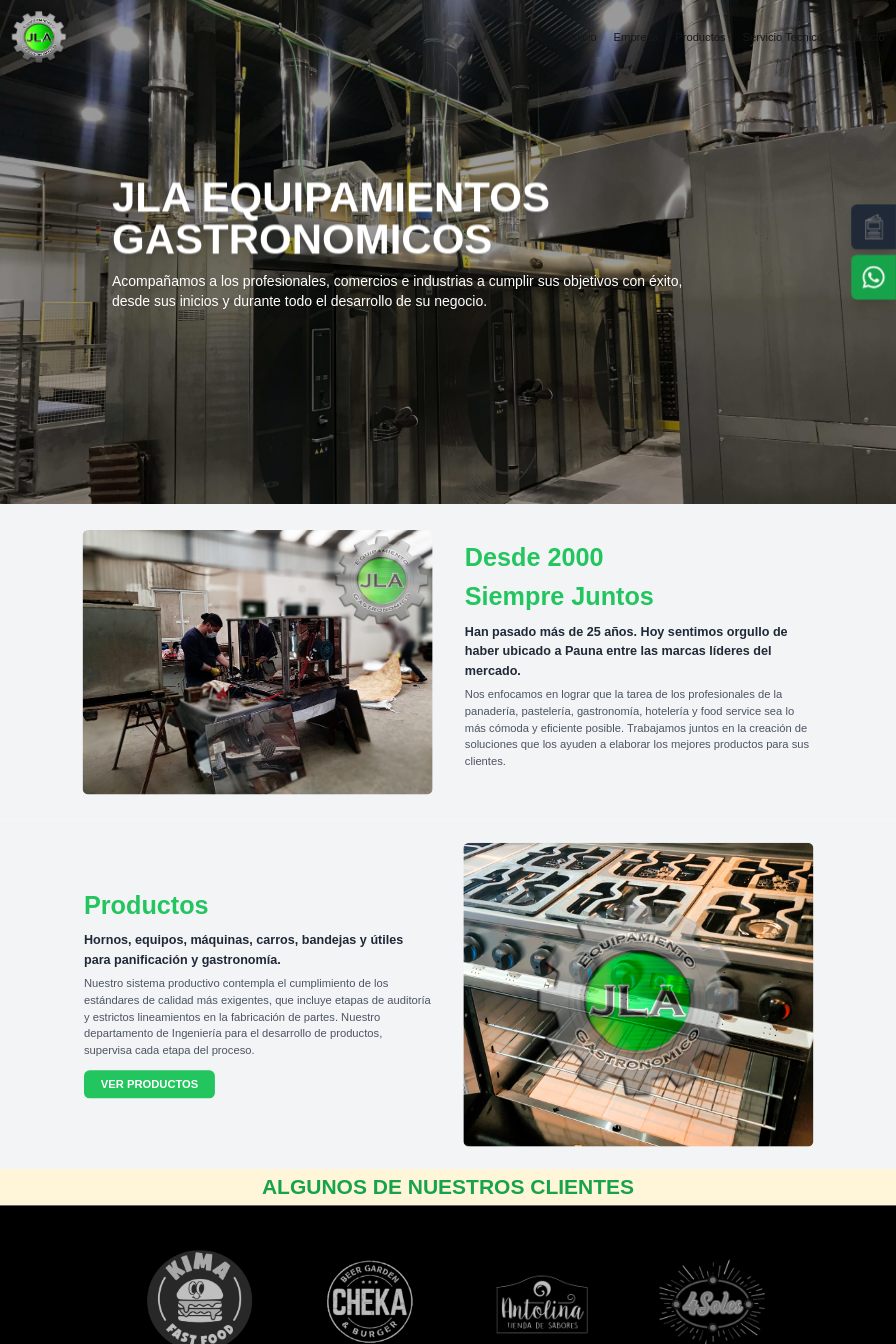
Repository: francoluca35/web-site-jla
Page: /
These files come from the project's save history. The page is drawn as it stood at one moment and after the next save; the edit follows.
The browser window is 1280 px wide. The pictures show the part of the page from y = 0 to 1920 px (the page is 3717 px tall), at 70% of full size.
The project was rebuilt for these pictures with package versions that can differ from the ones it lists, and the page was loaded fresh each time. The framework's server and built-in components were replaced by stand-ins that run in the browser. Also part of the build but not shown: next.config.js, next.config.mjs.

Above is the page before, as saved 2025-03-06 22:12:21.

### app/layout.jsx
import { Geist, Geist_Mono } from "next/font/google";
import '@fortawesome/fontawesome-free/css/all.min.css';
import '../globals.css';
const geistSans = Geist({
  variable: "--font-geist-sans",
  subsets: ["latin"],
});

const geistMono = Geist_Mono({
  variable: "--font-geist-mono",
  subsets: ["latin"],
});

export const metadata = {
  title: "Create Next App",
  description: "Generated by create next app",
};

export default function RootLayout({ children }) {
  return (
    <html lang="en">
      <body
        className={`${geistSans.variable} ${geistMono.variable} antialiased`}
      >
        {children}
      </body>
    </html>
  );
}

### app/page.js
import Image from "next/image";
import Navbar from "./pages/navbar";

import FloatBars from "./components/FloatBars";
import Inicio from "./pages/home";
import Nosotros from "./pages/history";
import Producto from "./pages/productos";
import Stecnico from "./pages/Stecnico";
import Clientes from "./pages/Clientes";
import Contacto from "./pages/Contacto";
import Footer from "./pages/Footer";

export default function Home() {
  return (
    <div >
    <Navbar />
    <Inicio />
    <Nosotros />
    <Producto />
    <Clientes />
    <Stecnico />
    <Contacto />

    <FloatBars/>
    <Footer />
    </div>
  );
}

### globals.css
@tailwind base;
@tailwind components;
@tailwind utilities;

:root {
  --background: #ffffff;
  --foreground: #171717;
}

@media (prefers-color-scheme: dark) {
  :root {
    --background: #ffffff;
    --foreground: #ededed;
  }
}

body {
  color: var(--foreground);
  background: var(--background);
  font-family: Arial, Helvetica, sans-serif;
}
.main-content {
  color: #fff;
  position: absolute;
  top: 50%;
  left: 50%;
  transform: translate(-50%, -50%);
  width: 75%;
}

### app/pages/navbar/index.js
'use client';
import React, { useState, useEffect } from 'react';
import Image from 'next/image';
import imgnav from '@/assets/Logo-pagina.png';

function Navbar() {
  const [menuOpen, setMenuOpen] = useState(false);
  const [scrolled, setScrolled] = useState(false);

  const toggleMenu = () => {
    setMenuOpen(!menuOpen);
  };

  useEffect(() => {
    const handleScroll = () => {
      if (window.scrollY > 50) {
        setScrolled(true);
      } else {
        setScrolled(false);
      }
    };

    window.addEventListener('scroll', handleScroll);
    return () => {
      window.removeEventListener('scroll', handleScroll);
    };
  }, []);

  return (
    <nav className={`fixed top-0 left-0 w-full z-50 transition-all duration-300 ${scrolled ? 'bg-gray-800/80' : 'bg-gray-900 bg-opacity-0'}`}>
      <div className="container mx-auto flex items-center justify-between px-4 py-4">
        {/* Logo */}
        <div className="flex items-center">
          <Image src={imgnav} alt="Logo" width={80} height={80} />
        </div>

        {/* Botón de menú (mobile) */}
        <button
          className="text-white focus:outline-none lg:hidden"
          onClick={toggleMenu}
        >
          <i className={`fa ${menuOpen ? 'fa-times' : 'fa-bars'} text-2xl`} aria-hidden="true"></i>
        </button>

        {/* Menú de navegación */}
        <ul
          className={`lg:flex lg:items-center lg:space-x-6 ${
            menuOpen ? 'block' : 'hidden'
          } absolute lg:static top-[106.45px] left-0 w-full lg:w-auto bg-gray-800/80 lg:bg-transparent shadow-lg lg:shadow-none p-4 lg:p-0`}
        >
          <li className="mt-3 lg:mt-0">
            <a href="#inicio" className="hover:text-gray-400">Inicio</a>
          </li>
          <li className="mt-3 lg:mt-0">
            <a href="#Sobrenosotros" className="hover:text-gray-400">Empresa</a>
          </li>
          <li className="mt-3 lg:mt-0">
            <a href="#productos" className="hover:text-gray-400">Productos</a>
          </li>
          <li className="mt-3 lg:mt-0">
            <a href="#ServicioTecnico" className="hover:text-gray-400">Servicio Tecnico</a>
          </li>
          <li className="mt-3 lg:mt-0">
            <a href="#Contacto" className="hover:text-gray-400">Contacto</a>
          </li>
        </ul>
      </div>
    </nav>
  );
}

export default Navbar;

### app/pages/home/index.js
'use client'
import React, { useState, useEffect } from 'react';
import '../../../globals.css';
import { useTypewriter, Cursor } from 'react-simple-typewriter';
import Image from 'next/image';

const images = [
  '/assets/fondo1.jpg',
  '/assets/fondo2.jpg',
  '/assets/fondo3.jpeg',
  '/assets/fondo4.jpg',
];

const Inicio = () => {
  const [text] = useTypewriter({
    words: [
      'JLA EQUIPAMIENTOS GASTRONOMICOS',
      "Potencia tu cocina con tecnología de Calidad.",
      'Soluciones gastronómicas que marcan la diferencia.',
      'Hacemos que tu cocina trabaje por ti.'
    ],
    loop: true,
    delaySpeed: 3000,
  });

  const [currentImage, setCurrentImage] = useState(0);

  useEffect(() => {
    const interval = setInterval(() => {
      setCurrentImage((prev) => (prev + 1) % images.length);
    }, 4000); // Cambia cada 4 segundos

    return () => clearInterval(interval);
  }, []);



  return (
    <div id='inicio' className="relative w-full h-screen flex items-center justify-center text-white overflow-hidden">
      {/* Carrusel de imágenes */}
      <div className="absolute top-0 left-0 w-full h-full">
        {images.map((src, index) => (
          <Image
            key={index}
            src={src}
            alt={`Slide ${index + 1}`}
            layout="fill"
            objectFit="cover"
            className={`absolute transition-opacity duration-1000 ${index === currentImage ? 'opacity-100' : 'opacity-0'}`}
          />
        ))}
      </div>

      {/* Contenido alineado a la izquierda en desktop, centrado en mobile */}
      <div className="main-content z-10 text-left md:text-center xl:text-left sm:text-center">
        <h1 className="text-4xl lg:text-6xl font-bold mb-4 drop-shadow-lg">
          {text}
          <Cursor cursorStyle="|" />
        </h1>
        <p className="text-lg lg:text-xl mb-6 drop-shadow-lg xl:text-left xl:w-[820px] md:w-full md:text-center sm:text-center sm:w-full">
          Acompañamos a los profesionales, comercios e industrias a cumplir sus objetivos con éxito, desde sus inicios y durante todo el desarrollo de su negocio.
        </p>
      </div>



      {/* Filtro oscuro para mejorar el contraste */}
      <div className="absolute top-0 left-0 w-full h-full bg-black bg-opacity-40"></div>
    </div>
  );
};

export default Inicio;

### app/pages/history/index.js
'use client';

import Image from 'next/image';

export default function Nosotros() {
  return (
    <div className='bg-gray-100'>
      <section id='Sobrenosotros' className="flex flex-col md:flex-row items-center justify-between p-8 rounded-lg max-w-6xl mx-auto">
        {/* Imagen a la izquierda en desktop */}
        <div className="w-full md:w-1/2 hidden md:flex justify-center">
          <Image
            src="/Assets/person1.jpg"
            width={500}
            height={500}
            alt="Nosotros"
            className="rounded-lg object-cover"
          />
        </div>
        {/* Contenido a la derecha en desktop */}
        <div className="w-full md:w-1/2 p-6 text-gray-800 flex flex-col justify-center">
          <h2 className="font-bold text-green-500 text-4xl mb-4">Desde 2000</h2>
          <h2 className="font-bold text-green-500 text-4xl mb-4">Siempre Juntos</h2>
          <p className="text-lg font-semibold mb-2">
            Han pasado más de 25 años. Hoy sentimos orgullo de haber ubicado a
            Pauna entre las marcas líderes del mercado.
          </p>
          <p className="text-gray-600 mb-4">
            Nos enfocamos en lograr que la tarea de los profesionales de la
            panadería, pastelería, gastronomía, hotelería y food service sea lo
            más cómoda y eficiente posible. Trabajamos juntos en la creación de
            soluciones que los ayuden a elaborar los mejores productos para sus
            clientes.
          </p>
          {/* Imagen en mobile entre el texto y el botón */}
          <div className="w-full flex justify-center md:hidden mb-4">
            <Image
              src="/Assets/person1.jpg"
              width={500}
              height={500}
              alt="Nosotros"
              className="rounded-lg object-cover"
            />
          </div>

        </div>
      </section>
    </div>
  );
}

### app/pages/productos/index.js
'use client';

import Image from 'next/image';
import  {useRouter}  from 'next/navigation';


export default function Producto() {

  const router = useRouter();

  const handleNavigation = () => {
  router.push( `/producatalogo ` );
};

  return (
    <div id='productos' className='bg-gray-100'>
    <section className="flex flex-col md:flex-row items-center justify-between p-8 rounded-lg  max-w-6xl mx-auto">
      {/* Contenido a la izquierda en desktop */}
      <div className="w-full md:w-1/2 p-6 text-gray-800 flex flex-col justify-center">
        <h2 className=" font-bold text-green-500 text-4xl mb-4">Productos</h2>
        <p className="text-lg font-semibold mb-2">
          Hornos, equipos, máquinas, carros, bandejas y útiles para panificación y gastronomía.
        </p>
        <p className="text-gray-600 mb-4">
          Nuestro sistema productivo contempla el cumplimiento de los estándares de calidad más exigentes, que incluye etapas de auditoría y estrictos lineamientos en la fabricación de partes.
          Nuestro departamento de Ingeniería para el desarrollo de productos, supervisa cada etapa del proceso.
        </p>
        {/* Imagen en mobile entre el texto y el botón */}
        <div className="w-full flex justify-center md:hidden mb-4">
          <Image
            src="/assets/1.png"
            width={500}
            height={500}
            alt="Producto"
            className="rounded-lg object-cover"
          />
        </div>
        <button onClick={handleNavigation} className="bg-green-500 text-white font-bold py-2 px-6 rounded-lg hover:bg-green-600 transition self-start">
          VER PRODUCTOS
        </button>
      </div>
      {/* Imagen a la derecha en desktop */}
      <div className="w-full md:w-1/2 hidden md:flex justify-center">
        <Image
          src="/assets/1.png"
          width={500}
          height={500}
          alt="Producto"
          className="rounded-lg object-cover"
        />
      </div>
    </section>
    </div>
  );
}

### app/pages/Stecnico/index.js
'use client';

import Image from 'next/image';

export default function Nosotros() {
  const phone = "+541131536316";
  const message = "Hola, me comunico por el servicio técnico que ofrecen.";
  const whatsappLink = `https://wa.me/${phone}?text=${encodeURIComponent(message)}`;

  return (
    <div id='ServicioTecnico' className='bg-gray-100'>
      <section className="flex flex-col md:flex-row items-center justify-between p-8 rounded-lg max-w-6xl mx-auto">
        {/* Imagen a la izquierda en desktop */}
        <div className="w-full md:w-1/2 hidden md:flex justify-center">
          <Image
            src="/Assets/tecnico.png"
            width={500}
            height={100}
            alt="Nosotros"
            className="rounded-lg object-cover"
          />
        </div>
        {/* Contenido a la derecha en desktop */}
        <div className="w-full md:w-1/2 p-6 text-gray-800 flex flex-col justify-center">
          <h2 className="font-bold text-green-500 text-4xl mb-4">Servicio Técnico</h2>
          <p className="text-lg font-semibold mb-2">
            Más de 25 años brindando soporte especializado en hornos industriales y panificadoras.
          </p>
          <p className="text-gray-600 mb-4">
            Nos especializamos en el mantenimiento, reparación y optimización de hornos industriales y equipos para panificación.
            Nuestro objetivo es garantizar que tu maquinaria funcione con la máxima eficiencia, evitando tiempos de inactividad y
            asegurando la producción continua. Trabajamos con repuestos originales y ofrecemos soluciones adaptadas a las necesidades
            de panaderías, pastelerías y negocios gastronómicos.
          </p>
          {/* Imagen en mobile entre el texto y el botón */}
          <div className="w-full flex justify-center md:hidden mb-4">
            <Image
              src="/Assets/tecnico.png"
              width={500}
              height={500}
              alt="Nosotros"
              className="rounded-lg object-cover"
            />
          </div>
          {/* Botón que abre WhatsApp */}
          <a
            href={whatsappLink}
            target="_blank"
            rel="noopener noreferrer"
            className="bg-green-500 text-white font-bold py-2 px-6 rounded-lg hover:bg-green-600 transition self-start"
          >
            Solicitar servicio técnico
          </a>
        </div>
      </section>
    </div>
  );
}

### app/pages/Clientes/index.js
'use client';

import Image from 'next/image';
import { motion } from 'framer-motion';

const logos = [
  '/Assets/clientes/cliente-1.png',
  '/Assets/clientes/cliente-3.png',
  '/Assets/clientes/cliente-4.png',
  '/Assets/clientes/cliente-5.png',
  '/Assets/clientes/cliente-6.png',
  '/Assets/clientes/cliente-7.png',
  '/Assets/clientes/cliente-8.png',
];

export default function Clientes() {
  return (
    <div>
      <h2 className="uppercase bg-[#FFF6DA] py-2 text-center text-xl sm:text-2xl md:text-3xl font-semibold text-green-600">
        Algunos de nuestros clientes
      </h2>
      <div className="relative bg-black py-10" >
        {/* Carrusel de logos */}
        <div className="flex justify-center py-6 bg-black">
          <div className="overflow-hidden relative w-[80%]">
            <motion.div
              className="flex space-x-16"
              initial={{ x: 0 }}
              animate={{ x: '-100%' }}
              transition={{
                ease: 'linear',
                duration: 40, // 🔹 Movimiento lento y continuo
                repeat: Infinity,
              }}
            >
              {[...logos, ...logos].map((logo, index) => (
                <div key={index} className="min-w-[120px] md:min-w-[180px]">
                  <Image
                    src={logo}
                    alt="Cliente"
                    width={150}
                    height={80}
                    className="object-contain filter grayscale opacity-75"
                  />
                </div>
              ))}
            </motion.div>
          </div>
        </div>
      </div>
    </div>
  );
}

### app/pages/Contacto/index.js
'use client';

import { useState } from 'react';
import axios from 'axios';

export default function Contacto() {
  const [activeField, setActiveField] = useState(null);
  const [formData, setFormData] = useState({
    nombre: "",
    apellido: "",
    empresa: "",
    email: "",
    mensaje: "",
  });
  const [loading, setLoading] = useState(false);
  const [success, setSuccess] = useState(false);
  const [error, setError] = useState("");

  const handleChange = (e) => {
    setFormData({ ...formData, [e.target.name]: e.target.value });
  };

  const handleSubmit = async (e) => {
    e.preventDefault();
    setLoading(true);

    try {
      const response = await axios.post(
        `${process.env.NEXT_PUBLIC_API_URL}/enviar-correo`,
        formData
      );

      if (response.status === 200) {
        setSuccess(true);
        setError("");
        setFormData({
          nombre: "",
          apellido: "",
          empresa: "",
          email: "",
          mensaje: "",
        });
      } else {
        setError("Hubo un error al enviar el mensaje");
      }
    } catch (err) {
      setError("Hubo un error al enviar el mensaje");
    } finally {
      setLoading(false);
    }
  };

  return (
    <div
      className="bg-cover bg-center min-h-screen flex items-center justify-center md:bg-[url('/Assets/contacto/fondo-contacto.png')] bg-[url('/Assets/contacto/fondo-contacto-mobile.png')]"
      id='Contacto'
    >
      <div className="w-full max-w-lg p-6 bg-gray-100/30 rounded-lg shadow-md">
        <h2 className="text-2xl font-semibold mb-4 text-gray-800 uppercase text-center">Envíanos tu Consulta</h2>
        <form onSubmit={handleSubmit} className="space-y-4">
          <input type="text" name="nombre" placeholder="Nombre y Apellido *" className="w-full p-3 border border-gray-300 rounded-lg bg-gray-200" onChange={handleChange} required />
          <input type="text" name="empresa" placeholder="Empresa" className="w-full p-3 border border-gray-300 rounded-lg bg-gray-200" onChange={handleChange} />
          <input type="email" name="email" placeholder="Email *" className="w-full p-3 border border-gray-300 rounded-lg bg-gray-200" onChange={handleChange} required />
          <input type="tel" name="telefono" placeholder="N° teléfono *" className="w-full p-3 border border-gray-300 rounded-lg bg-gray-200" onChange={handleChange} required />
          <input type="text" name="localidad" placeholder="Localidad *" className="w-full p-3 border border-gray-300 rounded-lg bg-gray-200" onChange={handleChange} required />
          <textarea name="mensaje" placeholder="Mensaje *" className="w-full p-3 border border-gray-300 rounded-lg bg-gray-200 h-32" onChange={handleChange} required></textarea>
          <button type="submit" className="w-full bg-green-500 text-white px-6 py-3 rounded-lg hover:bg-green-700" disabled={loading}>
            {loading ? "Enviando..." : "Enviar"}
          </button>
          {success && <p className="text-green-400 text-center mt-2">Mensaje enviado con éxito</p>}
          {error && <p className="text-red-400 text-center mt-2">{error}</p>}
        </form>
      </div>
    </div>
  );
}

### app/components/ArrowUp/index.js
'use client'
import { useEffect, useState } from 'react';
import { FaArrowUp } from 'react-icons/fa';

export default function ArrowUp() {
  const [isVisible, setIsVisible] = useState(false);

  useEffect(() => {
    const toggleVisibility = () => {
      if (window.scrollY > 300) {
        setIsVisible(true);
      } else {
        setIsVisible(false);
      }
    };

    window.addEventListener('scroll', toggleVisibility);
    return () => window.removeEventListener('scroll', toggleVisibility);
  }, []);

  const scrollToTop = () => {
    window.scrollTo({
      top: 0,
      behavior: 'smooth',
    });
  };

  return (
    <div>
      {isVisible && (
        <button
          onClick={scrollToTop}
          className="fixed z-50 bottom-0 right-0  mr-4 bg-green-500 p-3  shadow-lg hover:bg-gray-800 transition-all flex items-center justify-center"
          style={{ width: '45px', height: '45px' }}
        >
          <FaArrowUp className="text-white text-lg" />
        </button>
      )}
    </div>
  );
}

Loaded but not shown: tailwind.config.mjs (common file); app/pages/Footer/index.js (93 lines, source omitted); app/components/FloatBars/index.js (87 lines, source omitted)

After the next save:
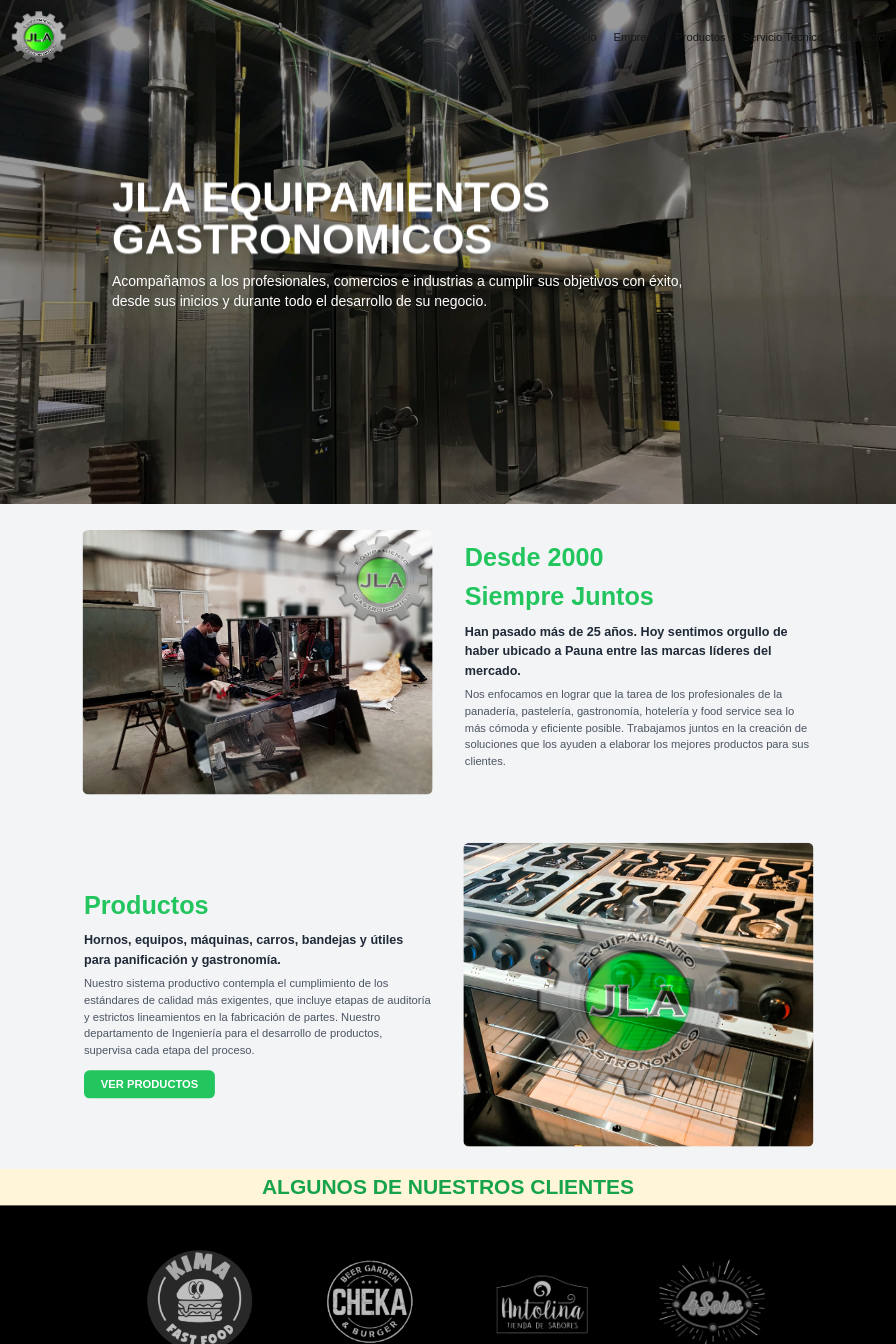
Saved 3 min 56 s later.
--- a/app/page.js
+++ b/app/page.js
@@ -1,6 +1,6 @@
 import Image from "next/image";
 import Navbar from "./pages/navbar";
-
+import ArrowUp from "./components/ArrowUp";
 import FloatBars from "./components/FloatBars";
 import Inicio from "./pages/home";
 import Nosotros from "./pages/history";
@@ -20,8 +20,8 @@
     <Clientes />
     <Stecnico />
     <Contacto />
-
-    <FloatBars/>
+    {/* <ArrowUp/>
+    <FloatBars/> */}
     <Footer />
     </div>
   );

After the 2 saves that followed:
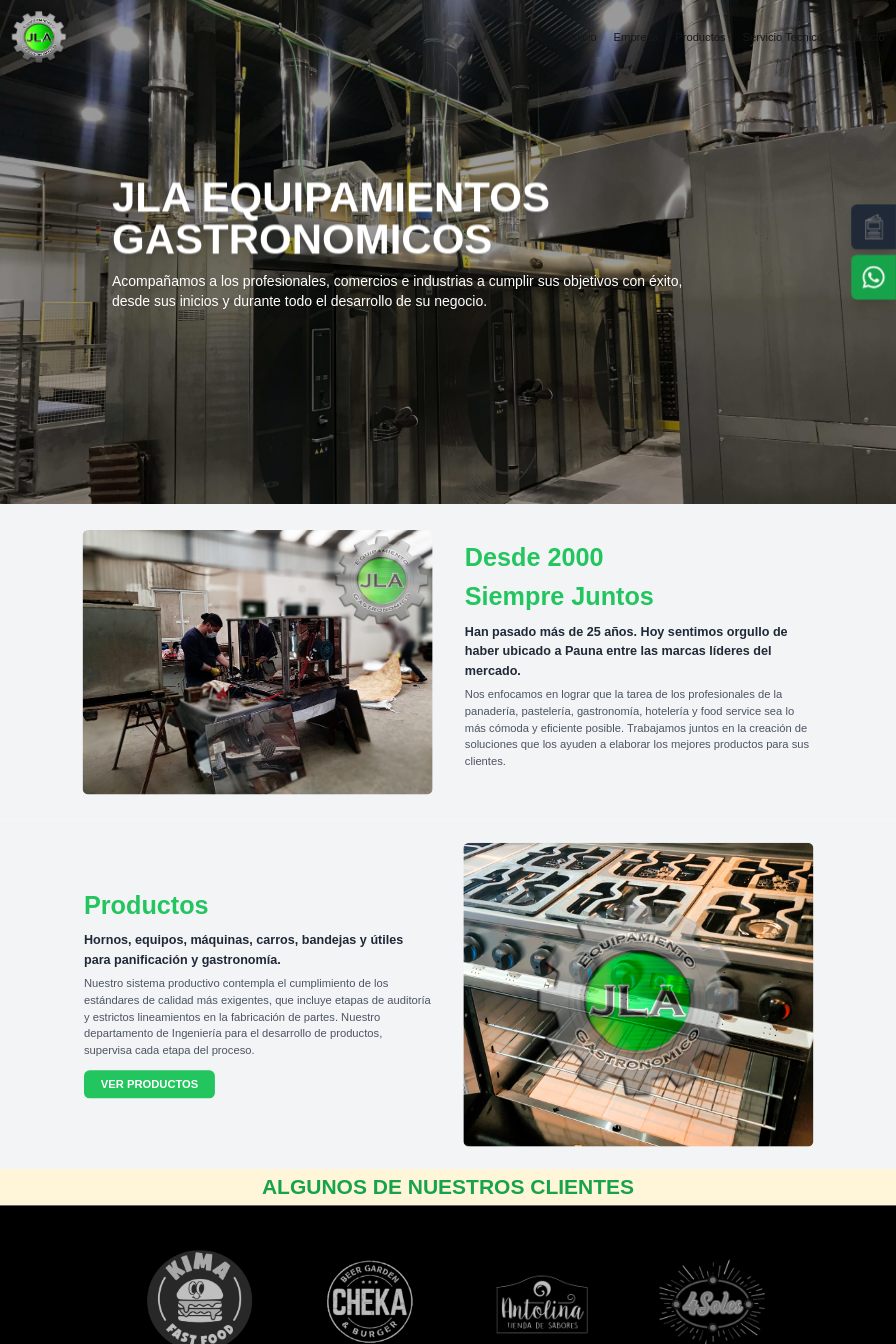
The 2 saves are shown as one change because 1 left the picture as it was.
The last was saved 9 min 4 s later.
--- a/app/page.js
+++ b/app/page.js
@@ -20,8 +20,8 @@
     <Clientes />
     <Stecnico />
     <Contacto />
-    {/* <ArrowUp/>
-    <FloatBars/> */}
+    <ArrowUp/>
+    <FloatBars/>
     <Footer />
     </div>
   );
